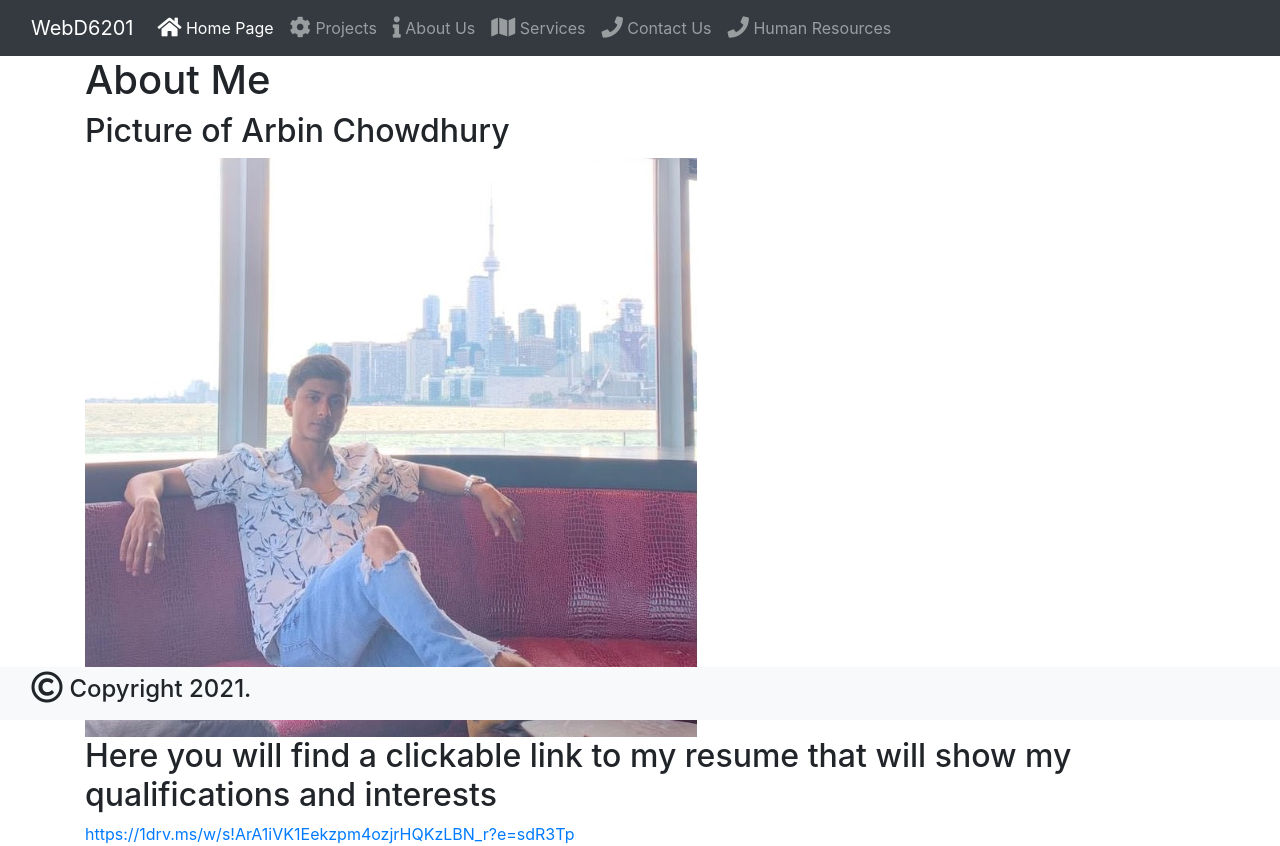
Repository: arbin6ix/ICE-2
Page: about.html
An editor plug-in stored every save of this project. The page is shown before and after the next save, followed by the edit.
The browser window is 1280 px wide. The pictures show the whole page.

Above is the page before, as saved 2021-02-05 23:04:43.

After the next save:
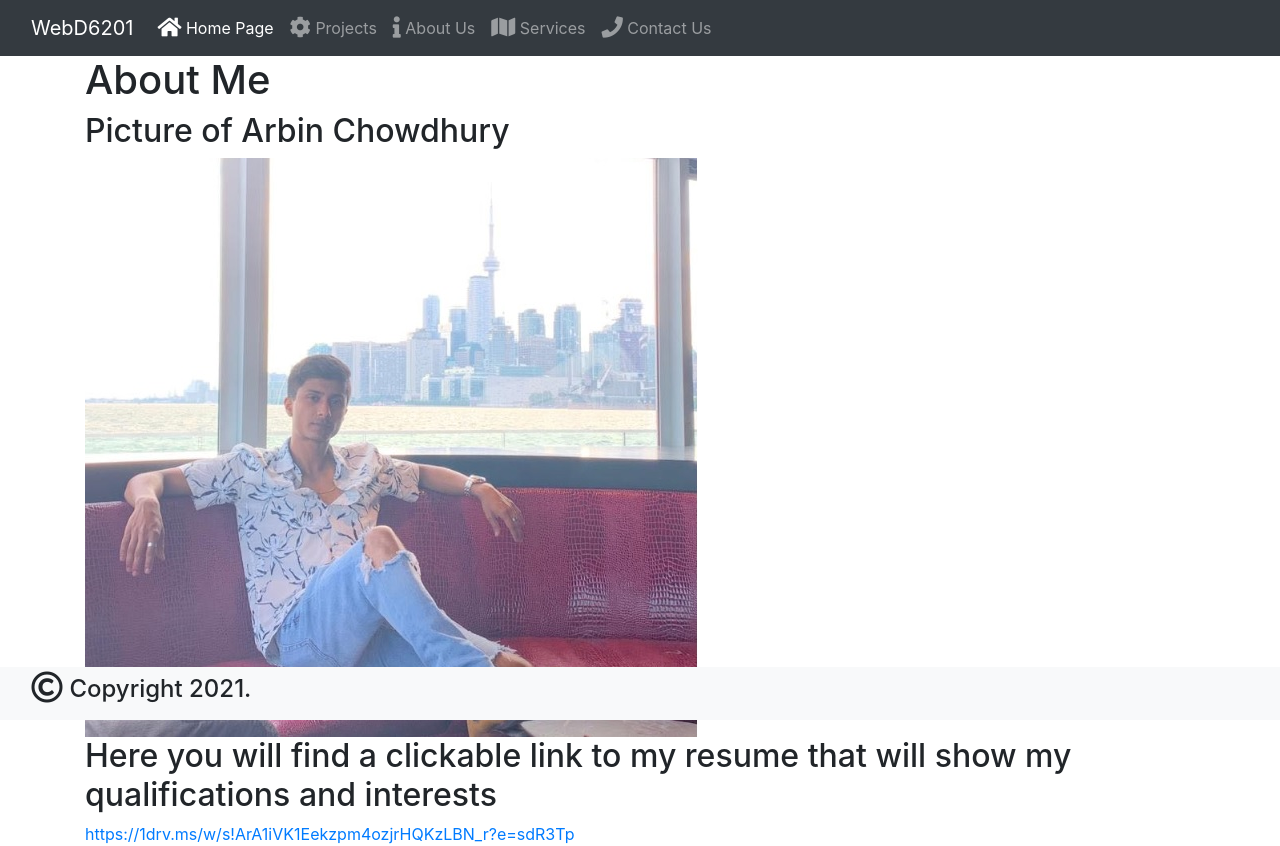
Saved 6 min 57 s later.
--- a/about.html
+++ b/about.html
@@ -41,9 +41,6 @@
                 <a class="nav-link" aria-current="page" href="contact.html"><i class="fas fa-phone fa-lg"></i> Contact Us</a>
               </li>
 
-              <li class="nav-item">
-                <a class="nav-link" aria-current="page" href="human-resources.html"><i class="fas fa-phone fa-lg"></i> Human Resources</a>
-              </li>
             </ul>
           </div>
         </div>
